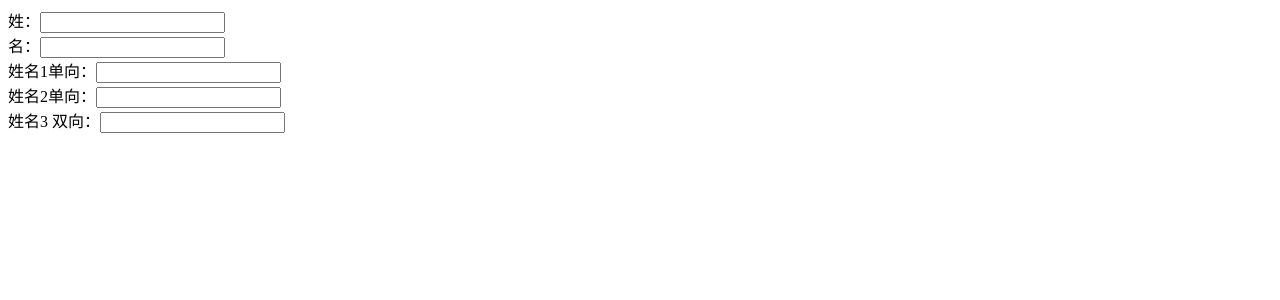
Repository: Shawn1030/vue_mall
Page: 1.html
These files come from the project's save history. The page is drawn as it stood at one moment and after the next save; the edit follows.
The browser window is 1280 px wide. The pictures show the whole page.
Some web libraries are served in a nearby version.

Above is the page before, as saved 2020-04-28 21:14:38.

### 1.html
<!DOCTYPE html>
<html lang="zh-CN">

<head>
  <meta charset="UTF-8">
  <meta name="viewport" content="width=device-width, initial-scale=1.0">
  <title>Document</title>
  <script src="./node_modules/vue/dist/vue.js"></script>
</head>

<body>
  <div id="app">
    姓：<input type="text" v-model='firstName'><br>
    名：<input type="text" v-model='lastName'><br>
    姓名1单向：<input type="text" v-model='firstName'><br>
    姓名2单向：<input type="text" v-model='firstName'><br>
    姓名3 双向：<input type="text" >
    <p>{{firstName}}</p>
  </div>

  <script>
    const app = new Vue({
      el: '#app',
      data: {
        firstName:'',
        lastName:''
      },
      methods: {}
    });
  </script>
</body>

</html>

After the next save:
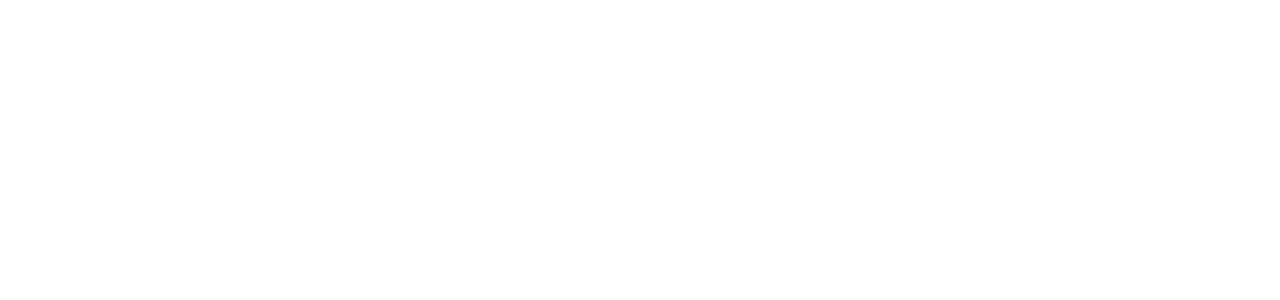
Saved 58 s later.
--- a/1.html
+++ b/1.html
@@ -12,7 +12,7 @@
   <div id="app">
     姓：<input type="text" v-model='firstName'><br>
     名：<input type="text" v-model='lastName'><br>
-    姓名1单向：<input type="text" v-model='firstName'><br>
+    姓名1单向：<input type="text" v-model='fullName'><br>
     姓名2单向：<input type="text" v-model='firstName'><br>
     姓名3 双向：<input type="text" >
     <p>{{firstName}}</p>
@@ -25,7 +25,12 @@
         firstName:'',
         lastName:''
       },
-      methods: {}
+      methods: {},
+      computed:{
+        fullName(){
+          return this.firstName+this.fullName
+        }
+      }
     });
   </script>
 </body>

After the save that followed:
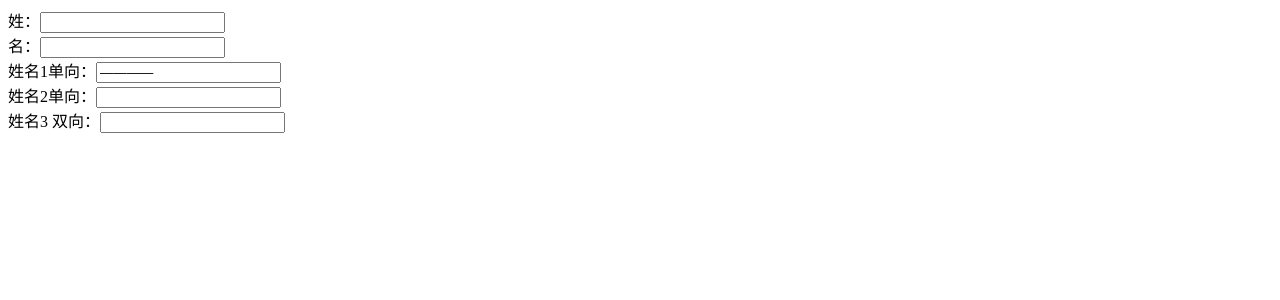
Saved 50 s later.
--- a/1.html
+++ b/1.html
@@ -28,7 +28,7 @@
       methods: {},
       computed:{
         fullName(){
-          return this.firstName+this.fullName
+          return this.firstName+'————'+this.lastName
         }
       }
     });
